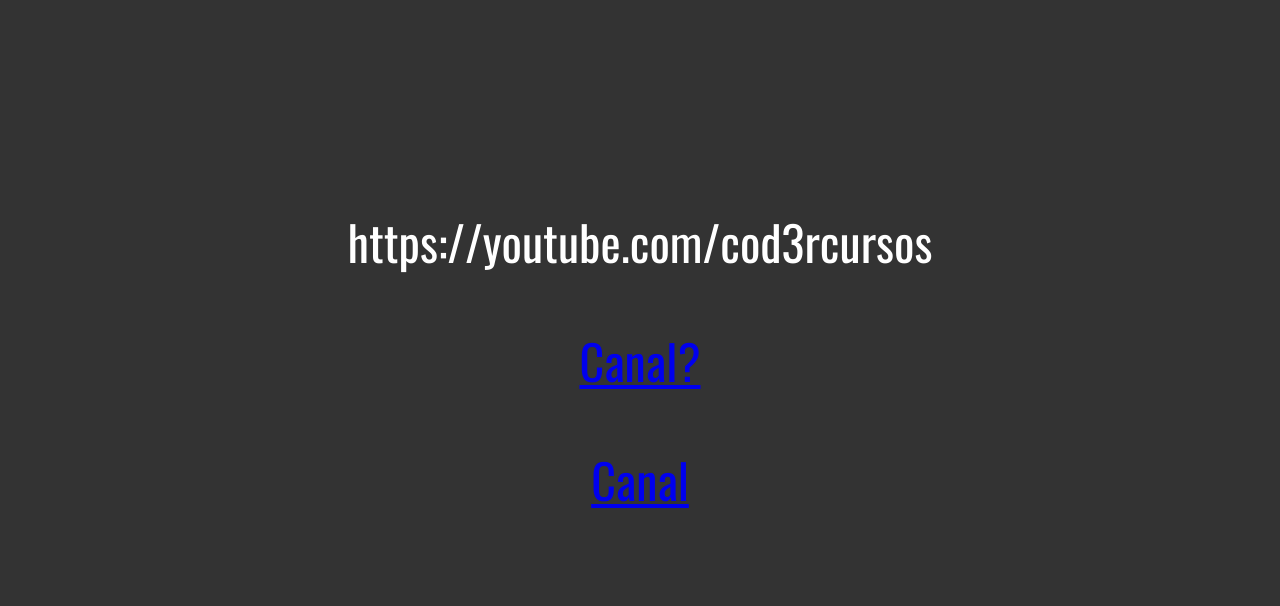
Repository: WillianPer/VUE
Page: exercicios/binding.html
These files come from the project's save history. The page is drawn as it stood at one moment and after the next save; the edit follows.
The browser window is 1280 px wide. The pictures show the whole page.

Above is the page before, as saved 2022-08-12 19:26:33.

### exercicios/binding.html
<!DOCTYPE html>
<html>
<head>
    <meta charset="UTF-8">
    <title>Binding</title>
    <link rel="stylesheet" href="/css/estilo.css">
    <script src="/js/vue.min.js"></script>
</head>
<body class="exercicio">

    <div id="app">
        <p>{{ link }}</p>
        <p><a href="{{ link }}">Canal?</a></p>
        <p><a v-bind:href="link">Canal</a></p>
    </div>

    <script>
        new Vue({
            el: "#app",
            data: {
                link: "https://youtube.com/cod3rcursos"
            }
        })
    </script>
</body>
</html>

Loaded but not shown: exercicios/css/estilo.css (common file); exercicios/js/vue.min.js (library)

After the next save:
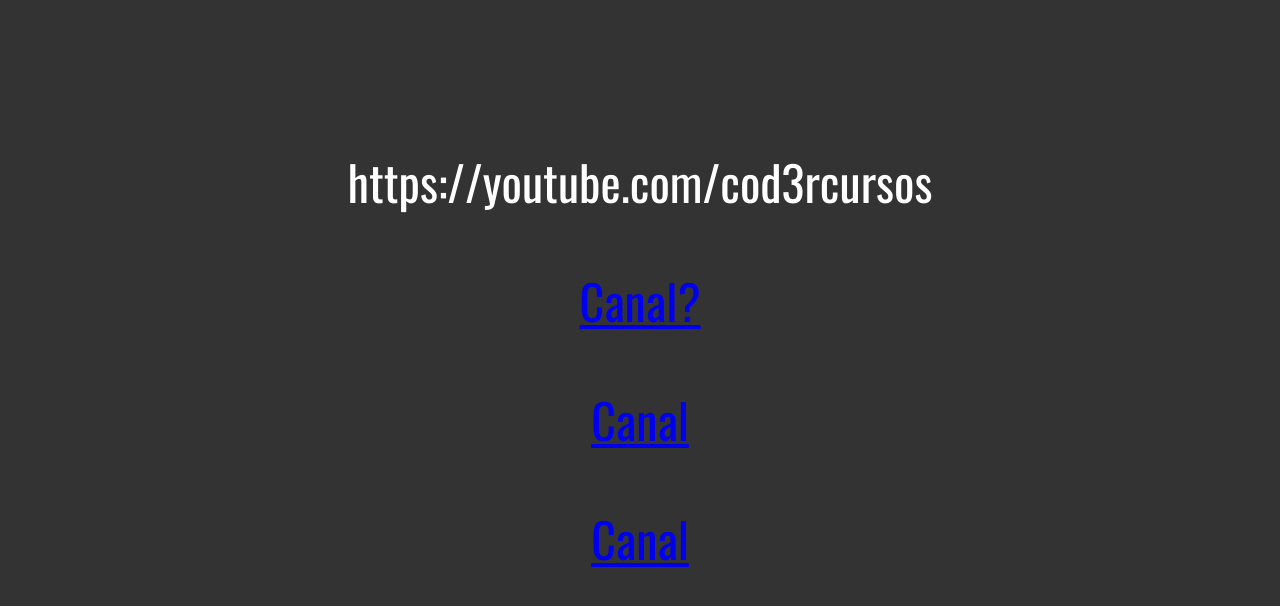
Saved 6 min 38 s later.
--- a/exercicios/binding.html
+++ b/exercicios/binding.html
@@ -12,6 +12,7 @@
         <p>{{ link }}</p>
         <p><a href="{{ link }}">Canal?</a></p>
         <p><a v-bind:href="link">Canal</a></p>
+        <p><a :href="link">Canal</a></p>
     </div>
 
     <script>
